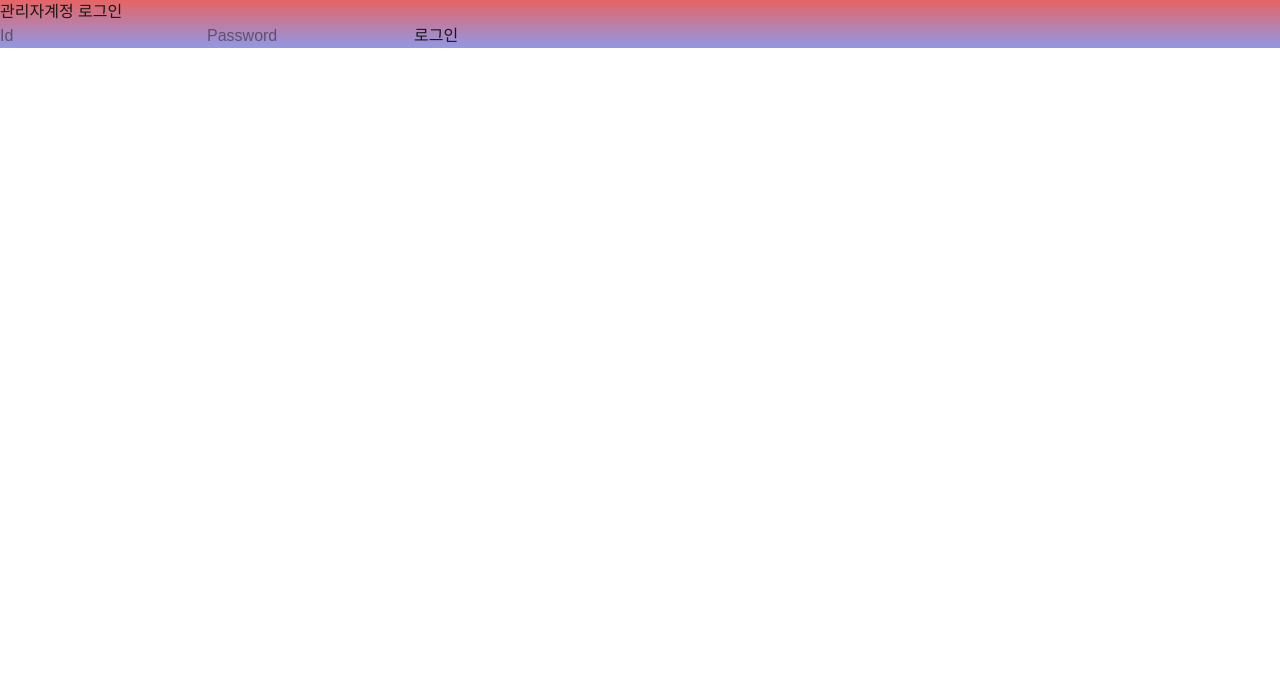
Repository: LEEYONGJUN3068/cms
Page: /login
These files come from the project's save history. The page is drawn as it stood at one moment and after the next save; the edit follows.
The browser window is 1280 px wide. The pictures show the whole page.
The page's requests for data from a server got no answer. The project was rebuilt for these pictures with package versions that can differ from the ones it lists, and the page was loaded fresh each time. The framework's server and built-in components were replaced by stand-ins that run in the browser. No one was signed in, and anything a server would have sent is missing. Also part of the build but not shown: next.config.mjs.

Above is the page before, as saved 2025-09-23 13:11:48.

After the next save:
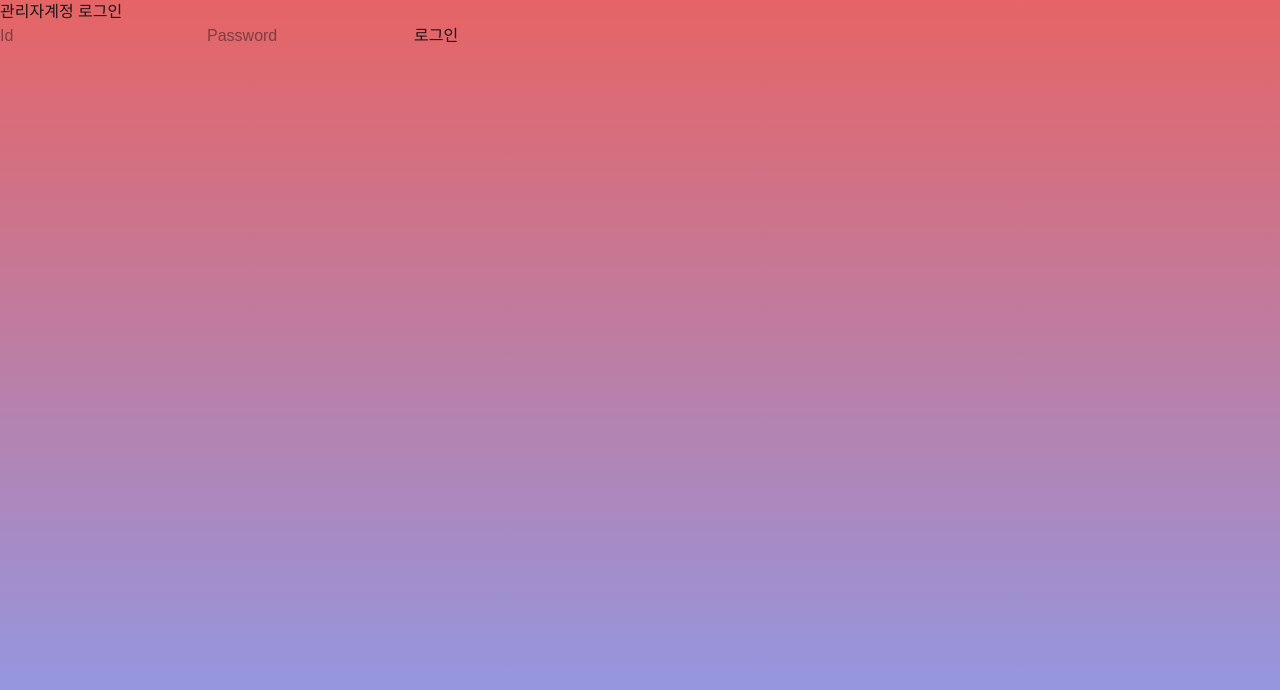
Saved 2 min 39 s later.
--- a/src/app/login/login.module.scss
+++ b/src/app/login/login.module.scss
@@ -1,3 +1,5 @@
 .loginContainer{
     background: linear-gradient(#e66465, #9198e5);
+    width: 100%;
+    height: 100vh;
 }
